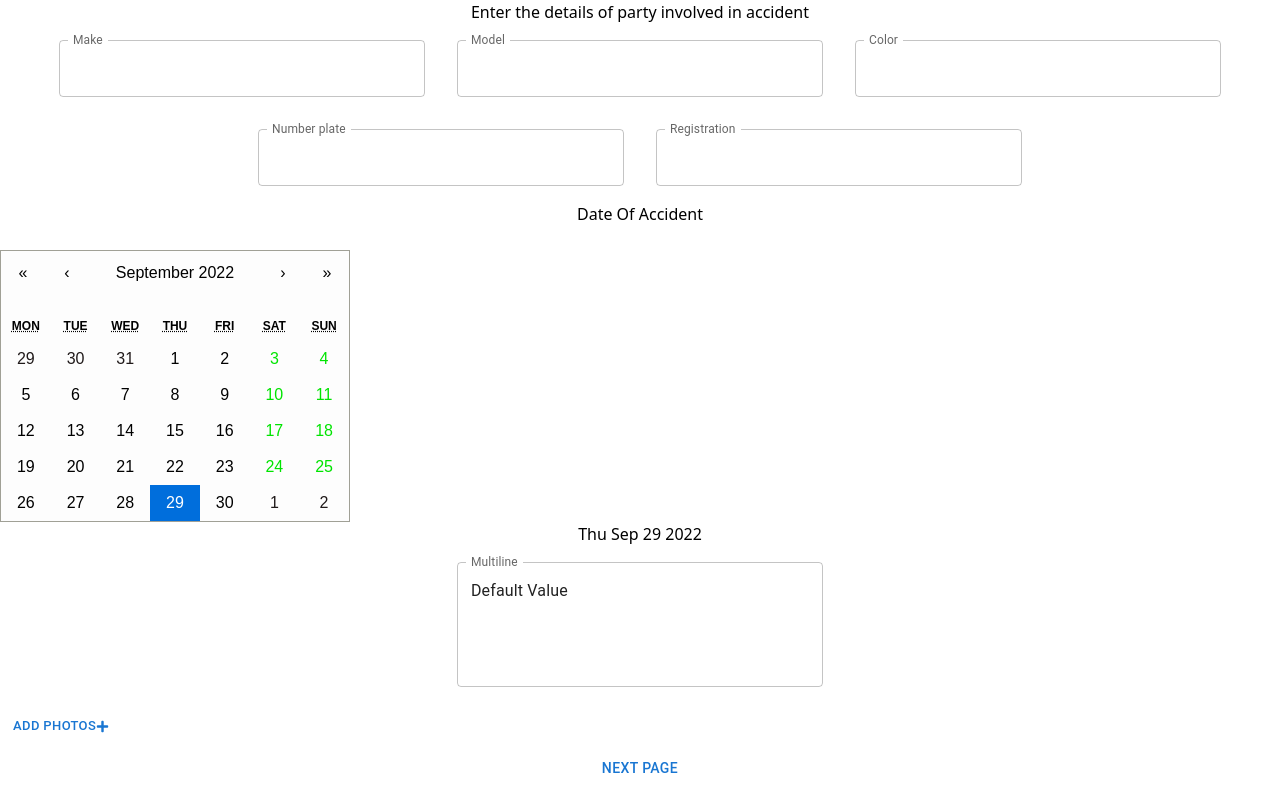
Repository: ALVIN-OBONYO/Xela-smart_insuarance
Page: /report (app in frontend/)
These files come from the project's save history. The page is drawn as it stood at one moment and after the next save; the edit follows.
The browser window is 1280 px wide. The pictures show the whole page.
The project was rebuilt for these pictures with package versions that can differ from the ones it lists, and the page was loaded fresh each time. Also part of the build but not shown: frontend/src/Services/TruncateAddress.js, frontend/src/Services/Contract.js, frontend/src/Services/transactions.js, frontend/src/Components/Cards.jsx, frontend/src/Pages/Entrypage.jsx, frontend/src/Services/LoginWithEth.js, frontend/src/Components/Sidebar.js, frontend/src/Pages/Policies.jsx and 3 more.

Above is the page before, as saved 2022-10-07 18:33:15.

After the next save:
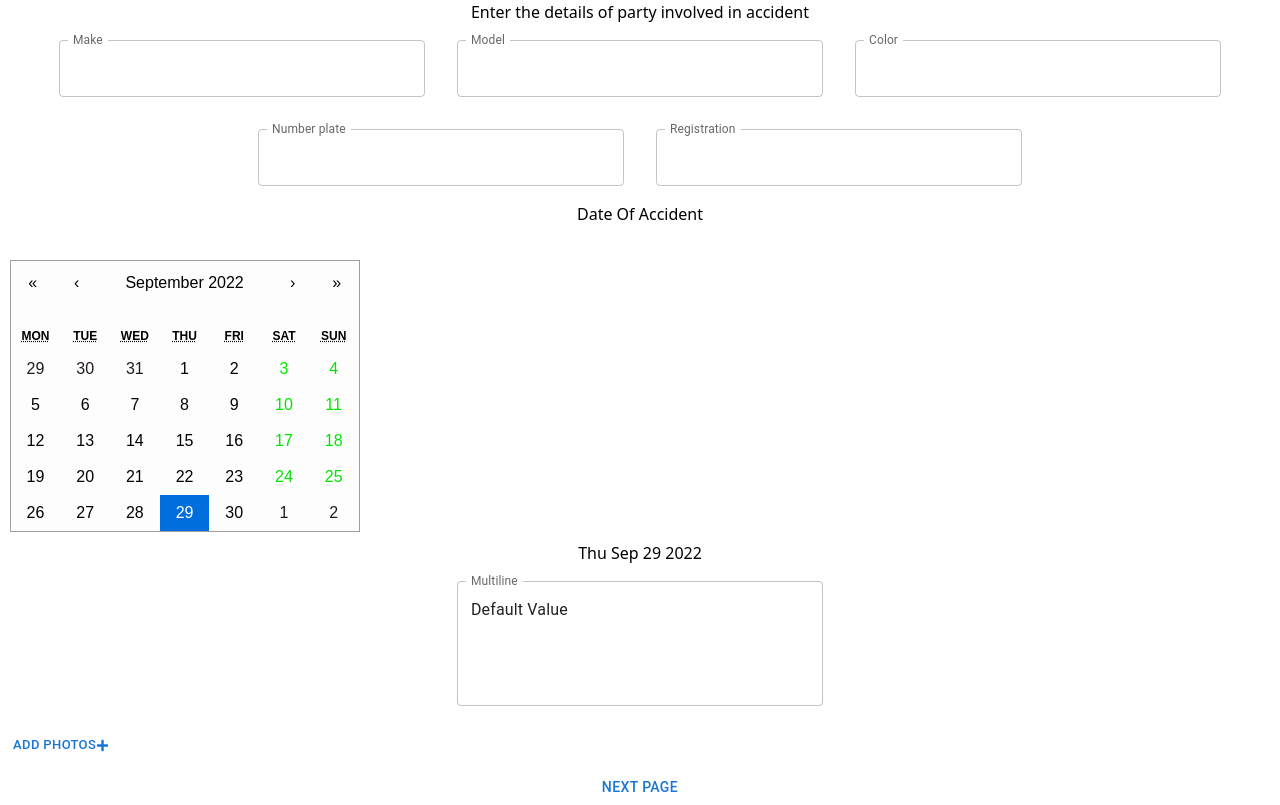
Saved 28 s later.
--- a/frontend/src/Components/Calendar.css
+++ b/frontend/src/Components/Calendar.css
@@ -7,7 +7,7 @@
     font-family: Arial, Helvetica, sans-serif;
     line-height: 1.125em;
     position: relative;
-    /* margin: 2em; */
+    margin: 0.6em;
 
   }
   .react-calendar--doubleView {
